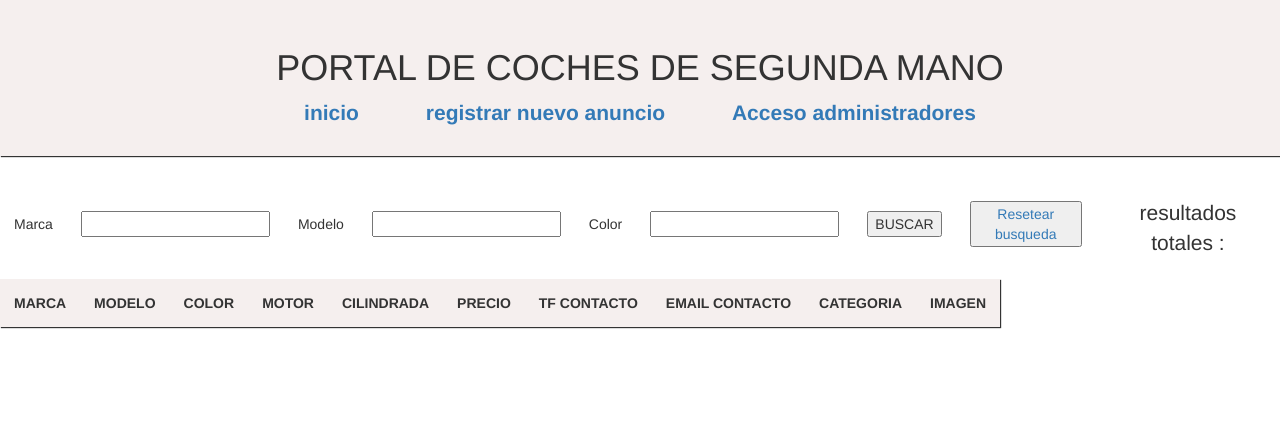
Repository: pcmaestro/my_repository
Page: http://localhost/proyectoFinDeCurso/inicio.jsp
The author's editor kept a copy of each file at every save. The page is drawn from the files as they stood at one save, then again after the next save.
The browser window is 1280 px wide. The pictures show the whole page.
The page is served by Tomcat 9. Nobody is signed in. The application's start-up code is not run. Other server files are loaded and not shown. The template is opened directly, without the code that normally fills it, so the values that code supplies are empty.

Above is the page before, as saved 2020-07-23 13:17:11.

### APUNTES/JAVA/EJEMPLOS FORMACION/proyectoFinDeCurso/WebContent/inicio.jsp
<%@ taglib uri="http://java.sun.com/jsp/jstl/core" prefix="c"%>
<%@ page language="java" contentType="text/html; charset=ISO-8859-1"
	pageEncoding="ISO-8859-1"%>
<!doctype html>
<html lang="es">
<head>
<meta charset="ISO-8859-1">


<jsp:include page="css_js.jsp"></jsp:include>


<title>Portal de coches de segunda mano</title>

</head>
<body>

	<div class="menuUsuario">
		<jsp:include page="menu.jsp"></jsp:include>
	</div>


	<div class="formularios">

		<form action="inicio" >
			<table>
				<tr>
					<td>Marca</td>
					<td><input type="text" value="${marcaAbuscar}" name="marca" /></td>

					<td>Modelo</td>
					<td><input type="text" value="${colorAbuscar}" name="color" />
					</td>

					<td>Color</td>
					<td><input type="text" value="${modeloAbuscar}" name="modelo" />
					</td>

					<td><input type="submit" value="BUSCAR" /></td>

					<td>
						<button> <a href="inicio">Resetear busqueda<a></a></button>
					</td>

					<td id="contadorResultados">resultados totales : ${total}</td>
				</tr>

			</table>



		</form>


	</div>



	<div class="zonaListado">

		<table class="listado">

			<th>MARCA</th>
			<th>MODELO</th>
			<th>COLOR</th>
			<th>MOTOR</th>
			<th>CILINDRADA</th>
			<th>PRECIO</th>
			<th>TF CONTACTO</th>
			<th>EMAIL CONTACTO</th>
			<th>CATEGORIA</th>
			<th>IMAGEN</th>
			</tr>
			<c:forEach items="${coches}" var="coche">
				<tr>

					<td>${coche.marca}</td>
					<td>${coche.modelo}</td>
					<td>${coche.color}</td>
					<td>${coche.motor}</td>
					<td>${coche.cilindrada}</td>
					<td>${coche.precio}</td>
					<td>${coche.telefono}</td>
					<td>${coche.email}</td>
					<td>${coche.categoria.categoria}</td>
					<td><img src="imagenes/${coche.id}.jpg" style="height: 50px" alt="No existe imagen" />
						</td>
				</tr>
			</c:forEach>
		</table>

	</div>

	<footer>

	<div class = "paginacion">
	<c:if test="${ anterior >= 0 }">
		<a
			href="inicio?comienzo=${anterior}&marca=${marcaAbuscar}&modelo=${modeloAbuscar}&color=${colorAbuscar}">ANTERIORES</a>
		</c:if>

		<c:if test="${ siguiente < total }">
		<a
			href="inicio?comienzo=${siguiente}&marca=${marcaAbuscar}&modelo=${modeloAbuscar}&color=${colorAbuscar}">SIGUIENTES</a>
	</c:if>
	</div>
	</footer>

</body>
</html>

### APUNTES/JAVA/EJEMPLOS FORMACION/proyectoFinDeCurso/WebContent/css_js.jsp
<%@ taglib uri="http://java.sun.com/jsp/jstl/core" prefix="c"%>
<%@ page language="java" contentType="text/html; charset=ISO-8859-1"
	pageEncoding="ISO-8859-1"%>

<style>
.menuUsuario {
	margin: auto;
	padding: 2em;
	background-color: #F5EFEE;
	text-align: center;
	font-weight: bold;
	box-shadow: 1px 1px 1px;
}

.menuUsuario #inicio, #registro, #accesoAdmin {
	padding: 1.5em;
	text-decoration: none;
	font-size: 1.5em;
}

.menuUsuario a:link {
	text-decoration: none;
}

.menuUsuario a:hover {
	color: white;
}

.opcionMenu {
	margin: 2em;
	padding: 2em;
}

.formularios table {
	margin: auto;
	text-align: center;
}

.formularios table td {
	padding: 1em;
	padding-top: 2em;
}

.paginacion {
	padding-top: 1em;
	padding-bottom: 1em;
	text-align: center;
}

.paginacion a {
	padding-bottom: 1em;
}

.paginacion a:link {
	text-decoration: none;
}

.paginacion a:hover {
	color: red;
}

#contadorResultados {
	font-size: 1.5em;
}

.zonaListado .listado td {
	padding: 1.5em;
	font-size: 1.1em;
}

.zonaListado .listado th {
	padding: 1em;
	background-color: #F5EFEE;
}

.zonaListado .listado tr {
	box-shadow: 1px 1px 1px;
}

#loginBody {
	font-size: 2em;
}

#ventanaLogin {
	margin: auto;
	background-color: #F5EFEE;
	width: 50%;
	padding: 2em;
	text-align: center;
}

#ventanaLogin .label {
	color: black
}

#ventanaLogin td {
	padding: 0.5em;
}

#invisible {
	padding: 2em;
}

#botonRegistro {
	margin: auto;
}

#gracias {
	width: 70%;
	background-color: #F5EFEE;
	margin: auto;
	text-align: center;
	padding: 2em;
}

#textoGracias {
	font-size: 5em;
}

#gracias a:hover {
	text-decoration: none;
	color: red;
}

.menuAdministracion {
	margin: auto;
	padding: 0.5em;
	background-color: #F5EFEE;
	text-align: center;
	font-size: 1.5em;
	font-weight: bold;
	box-shadow: 1px 1px 1px;
}

.menuAdministracion a {
	padding-right: 2em;
	padding-left: 2em;
}

.menuAdministracion a:hover {
	text-decoration: none;
	color: white;
}

#tablaEdicion th, td {
	padding: 1.5em;
}

#tablaEdicion th {
	background-color: #F5EFEE;
}

#tablaEdicion tr {
	box-shadow: 1px 1px 1px;
}

#tablaEdicion a:hover {
	text-decoration: none;
	color: white;
}

img {
	height: 50px;
}

#error {
	width: 85%;
	margin: auto;
	color: red;
	display: none;
}

footer {
	height: 4em;
}
</style>


<link rel="stylesheet"
	href= <c:url value = "https://maxcdn.bootstrapcdn.com/bootstrap/3.3.7/css/bootstrap.min.css" />
	integrity="sha384-BVYiiSIFeK1dGmJRAkycuHAHRg32OmUcww7on3RYdg4Va+PmSTsz/K68vbdEjh4u"
	crossorigin="anonymous" />

<script src= <c:url value =  "https://code.jquery.com/jquery-3.5.1.min.js" />
	integrity="sha256-9/aliU8dGd2tb6OSsuzixeV4y/faTqgFtohetphbbj0="
	crossorigin="anonymous"></script>

### APUNTES/JAVA/EJEMPLOS FORMACION/proyectoFinDeCurso/WebContent/menu.jsp

	<h1>PORTAL DE COCHES DE SEGUNDA MANO</h1>



	<a href = "inicio" id = "inicio" >inicio</a>
	<a href = "ServletPrepararRegistro" id = "registro" >registrar nuevo anuncio</a>
	<a href = "loginAdmin.jsp" id = "accesoAdmin" >Acceso administradores</a>

After the next save:
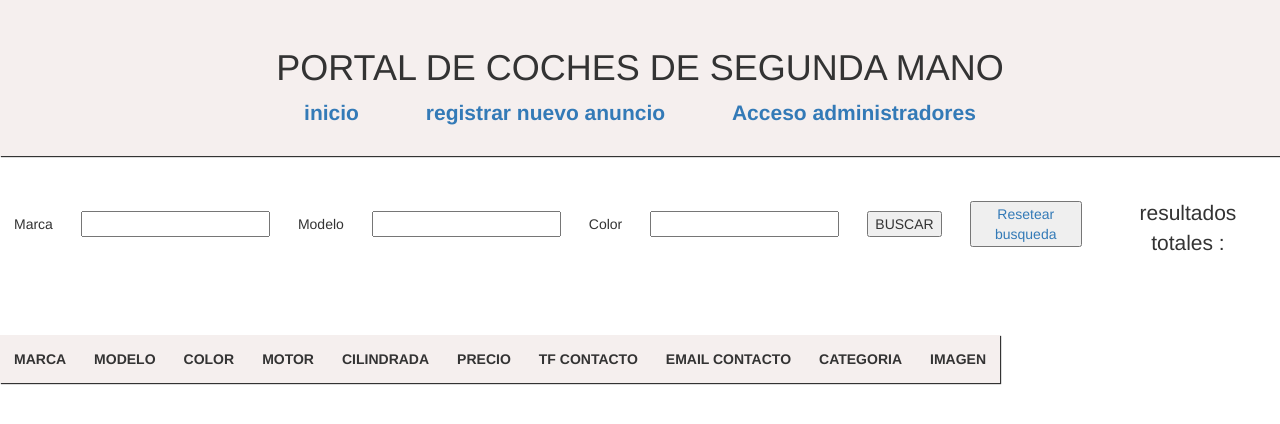
Saved 3 min 7 s later.
--- a/APUNTES/JAVA/EJEMPLOS FORMACION/proyectoFinDeCurso/WebContent/inicio.jsp
+++ b/APUNTES/JAVA/EJEMPLOS FORMACION/proyectoFinDeCurso/WebContent/inicio.jsp
@@ -86,8 +86,9 @@
 					<td><img src="imagenes/${coche.id}.jpg" style="height: 50px" alt="No existe imagen" />
 						</td>
 				</tr>
-			</c:forEach>
+
 		</table>
+		</c:forEach>
 
 	</div>
 

After the save that followed:
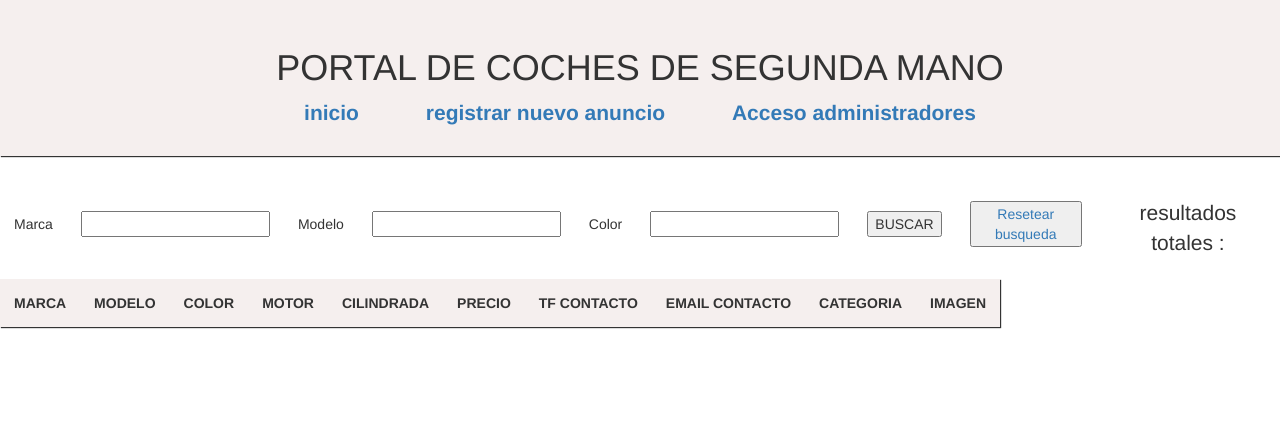
Saved 2 min 4 s later.
--- a/APUNTES/JAVA/EJEMPLOS FORMACION/proyectoFinDeCurso/WebContent/inicio.jsp
+++ b/APUNTES/JAVA/EJEMPLOS FORMACION/proyectoFinDeCurso/WebContent/inicio.jsp
@@ -86,9 +86,9 @@
 					<td><img src="imagenes/${coche.id}.jpg" style="height: 50px" alt="No existe imagen" />
 						</td>
 				</tr>
+			</c:forEach>
+		</table>
 
-		</table>
-		</c:forEach>
 
 	</div>
 
